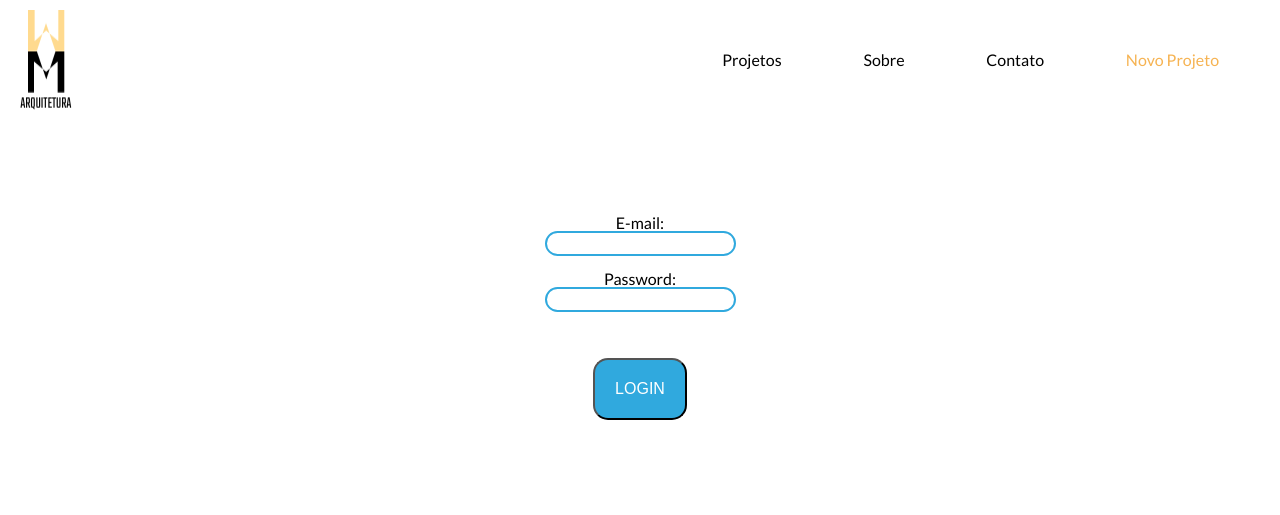
Repository: Luandro-com/wmedeiros
Page: /novo
These files come from the project's save history. The page is drawn as it stood at one moment and after the next save; the edit follows.
The browser window is 1280 px wide. The pictures show the whole page.
The project was rebuilt for these pictures with package versions that can differ from the ones it lists, and the page was loaded fresh each time. Also part of the build but not shown: src/components/Projects.css, src/components/Projects.js, src/components/About.js, src/components/Contact.js, src/components/Login.js, src/components/AddNew.css, src/components/PortfolioItem.css, src/components/PortfolioItem.js.

Above is the page before, as saved 2018-02-07 19:58:09.

After the next save:
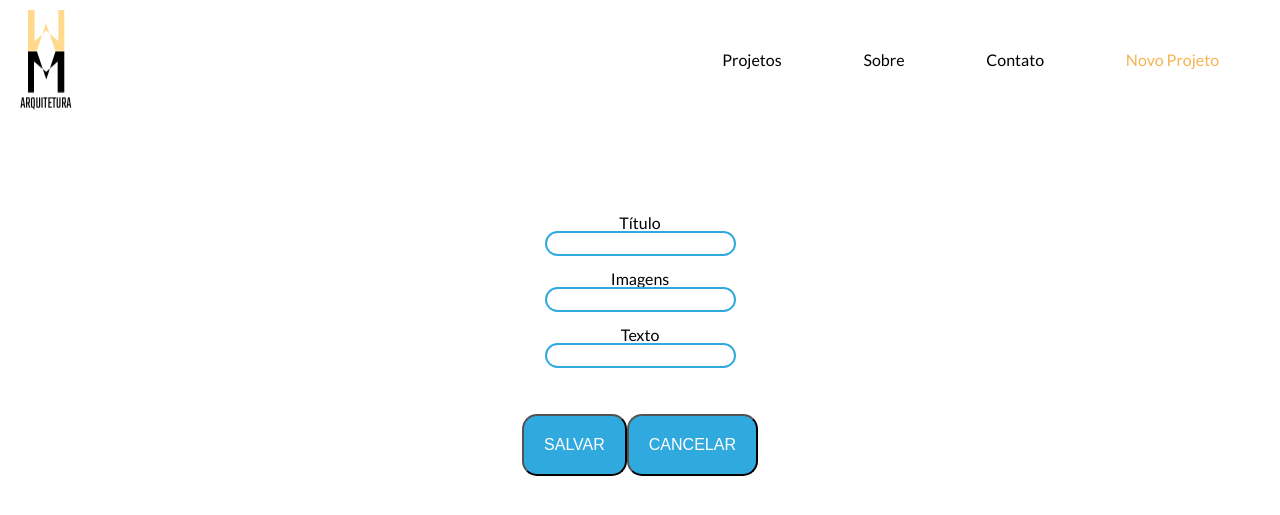
Saved 8 min 55 s later.
--- a/src/components/AddNew.js
+++ b/src/components/AddNew.js
@@ -50,17 +50,26 @@
       <div className="Login">
         <form onSubmit={this.handleSubmit}>
           <div>
-            <h3>E-mail:</h3>
-            <input type="email" onChange={(e) => this.setState({ email: e.target.value })} value={email} />
+            <h3>Título</h3>
+            <input type="text" onChange={(e) => this.setState({ email: e.target.value })} value={email} />
           </div>
           <div>
-            <h3>Password:</h3>
+            <h3>Imagens</h3>
             <input type="password" onChange={(e) => this.setState({ password: e.target.value })} value={password} />
           </div>
+          <div>
+            <h3>Texto</h3>
+            <input type="text" onChange={(e) => this.setState({ password: e.target.value })} value={password} />
+          </div>
           <br />
-          <button type="submit" value="Submit">
-            Login
-          </button>
+          <div>
+            <button type="submit" value="Submit">
+              Salvar
+            </button>
+            <button type="submit" value="Submit">
+              Cancelar
+            </button>
+          </div>
         </form>
       </div>
     );
